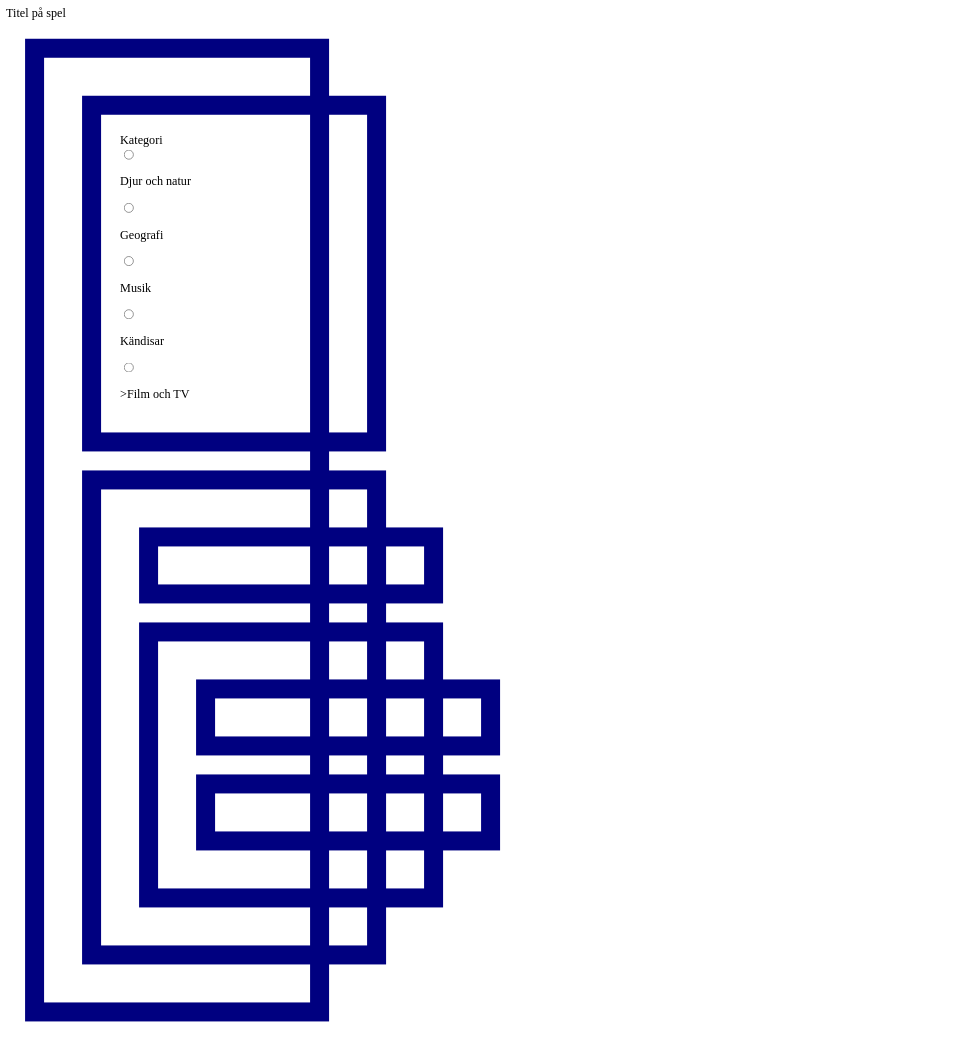
Repository: ed222gg/project2
Page: pages/start.html
The author's editor kept a record of every edit. The page is drawn from the files as they stood at one moment, then again after the next edit.
The browser window is 1280 px wide. The pictures show the whole page, at 76% of full size.

Above is the page before.

### pages/start.html
<!DOCTYPE html>
<html>

<head>
    <meta charset="utf-8" />
    <title>Index</title>
    <link rel="stylesheet" type="text/css" href="../css/style.css" />
</head>

<body>
    <header>Titel på spel</header>
    <main>
        <div id="container">
            <div id="CategoryTitle">Kategori</div>
            <div id="categories">
                <div><input type="radio" id="c0" name="category" value="0"><p>Djur och natur</p></div>
                <input type="radio" id="c1" name="category" value="1"><p>Geografi</p>
                <input type="radio" id="c2" name="category" value="2"><p>Musik</p>
                <input type="radio" id="c3" name="category" value="3"><p>Kändisar</p>
                <input type="radio" id="c4" name="category" value="4"><P>>Film och TV</p>
            </div>
        </div>
        <!-- <template id="tamplate"> -->
        <div id="gameLayout">
            <div id="topLayout"></div>
            <div id="bottomLayout">
                <div id="bottomLeft"></div>
            <div id="bottomRight"></div>
        </div>
        </div>
        <!-- </template> -->

    </main>
    <script src="../script/Game.js" type="text/javascript"></script>
</body>

</html>

<!-- main funktionen
   var template = document.querySelector('#template');
   var gameLayout = template.content.querySelector('#gameLayout').cloneNode(true);

   // om du vill hämta element i main funktionen
   gameLayout.questionP = gameLayout.querySelector('#question');
   gameLayout.questionP.innerHTML ='vem van vm 2011';

   // lägger ut allt
   container.appendChild(gameLayout);
   <--

### css/style.css
body{
    background: #FFFFFF;
}

main{
    margin-right:44px;
width: 300px;
    padding: 25px;
    border: 25px solid navy;
    margin: 25px;}
header{}

#template{ }
#gameLayout{ width: 300px;
    padding: 25px;
    border: 25px solid navy;
    margin: 25px;}
#topLayout{ width: 300px;
    padding: 25px;
    border: 25px solid navy;
    margin: 25px;}
#bottomLayout{ width: 300px;
    padding: 25px;
    border: 25px solid navy;
    margin: 25px;}
#bottomLeft{ width: 300px;
    padding: 25px;
    border: 25px solid navy;
    margin: 25px;}
#bottomRight{ width: 300px;
    padding: 25px;
    border: 25px solid navy;
    margin: 25px;}



#categories{
    margin: 0px;
    padding: 0px;
    list-style-type: none;
}


#container{
     width: 300px;
    padding: 25px;
    border: 25px solid navy;
    margin: 25px;
}
#c0{}
#c0{}
#c0{}
#c0{}
#c0{}
#c0{}

#testStatus{


}

#test{}

### script/Game.js
"use strict"; //objekt.metod/egenskap(argument)

var Game= {

    pos: 0,
    categoryNr: undefined,
    test: undefined,
    testStatus: undefined,
    question: undefined,
    choice: undefined,
    choises: undefined,
    chA: undefined,
    chB: undefined,
    correct: 0,
    questionsArray: [],


    init: function() {
        var radios = document.getElementsByName('category'); // samla alla cetegoryelementen i en lista
        console.log(radios)

        for (var i = 0; i < radios.length; i++) {
            eventClick(i);
        }
        //funktionen eventclick som vi kallar på i forloopen ovan,
        //lägger en eventlistener på alla elementen i radios
        function eventClick(categoryId){
            radios[categoryId].addEventListener("click", function() {
            if (radios[categoryId].checked)
            {

                //nu har vi checkat samt vet vilket id categorin har. nu kan vi sätta rätt frågor. next step.
                //hmm hur var det jag hade tänkt nu då...
                console.log(categoryId)

            }


            });
        }



    },
};
//När sidan har laddads in så anropas init.
window.onload = Game.init;


 /* // main funktionen
   var template = document.querySelector('#template');
   var gameLayout = template.content.querySelector('#gameLayout').cloneNode(true);

   // om du vill hämta element i main funktionen
   gameLayout.questionP = gameLayout.querySelector('#question');
   gameLayout.questionP.innerHTML ='vem van vm 2011';

   // lägger ut allt
   container.appendChild(gameLayout);*/

After the next edit:
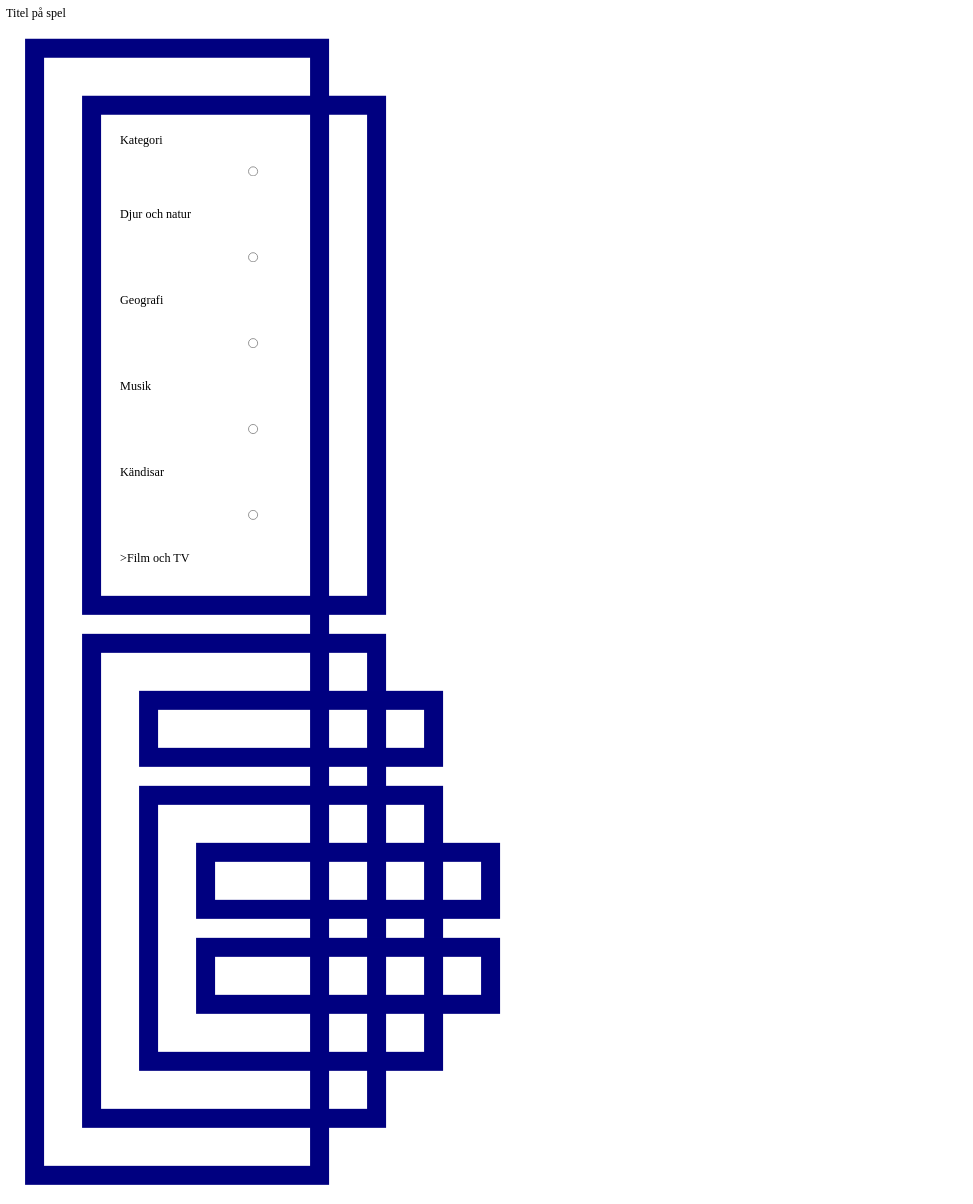
The edit:
--- a/css/style.css
+++ b/css/style.css
@@ -9,6 +9,10 @@
     border: 25px solid navy;
     margin: 25px;}
 header{}
+input{width: 300px;
+    padding: 25px;
+    border: 25px solid navy;
+    margin: 25px;}
 
 #template{ }
 #gameLayout{ width: 300px;
